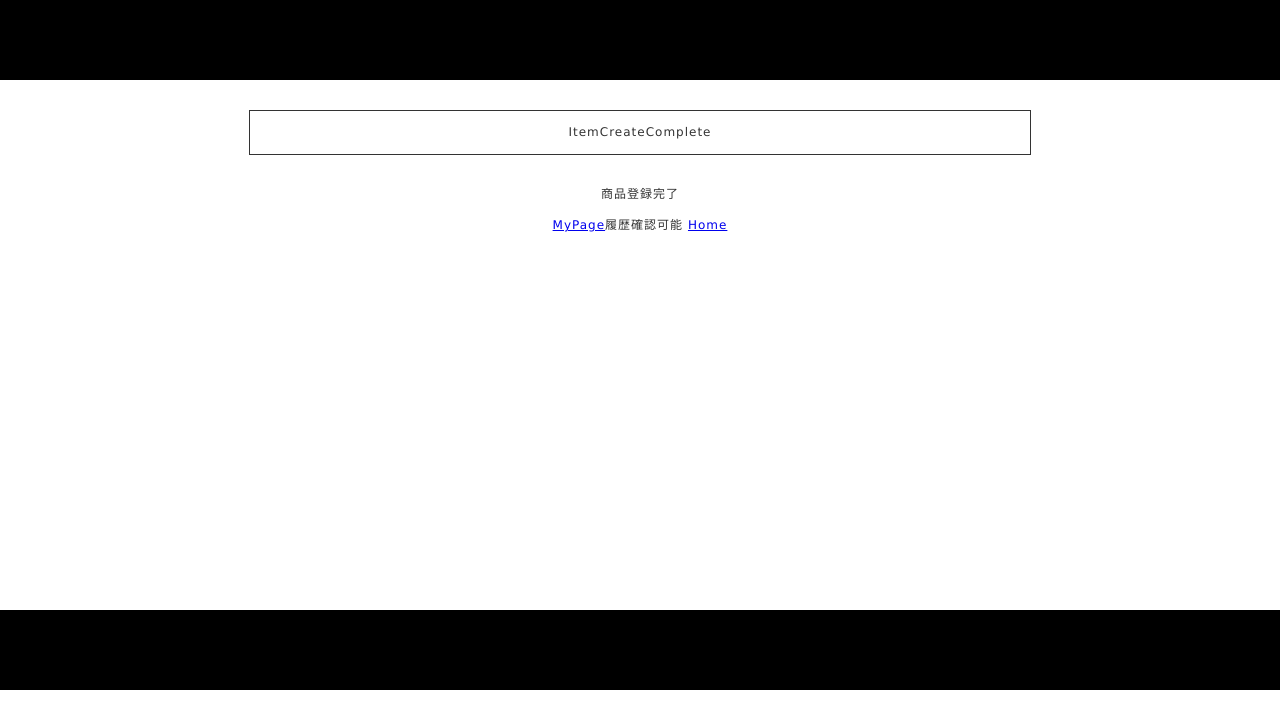
Repository: user-yo-yo/test
Page: http://localhost/ecsite2/itemCreateComplete.jsp
These files come from the project's save history. The page is drawn as it stood at one moment and after the next save; the edit follows.
The browser window is 1280 px wide. The pictures show the whole page.
The page is served by Tomcat 9.

Above is the page before, as saved 2019-03-25 06:42:29.

After the next save:
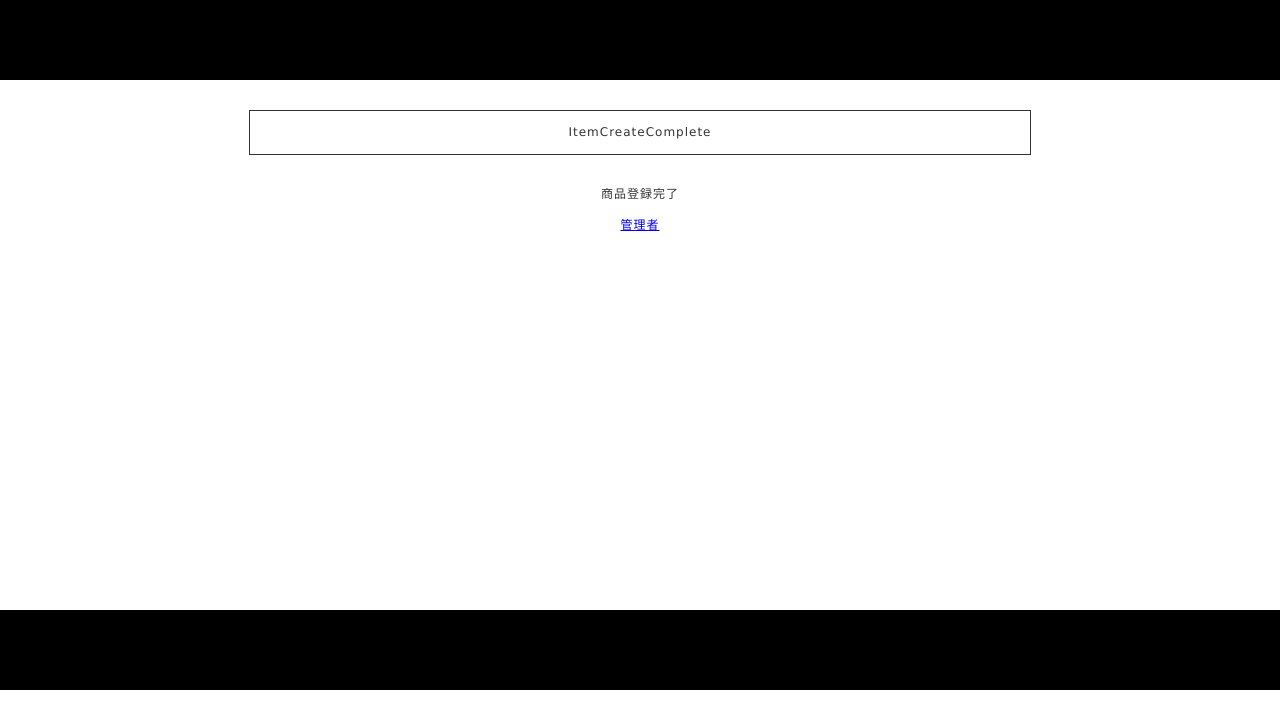
Saved 36 s later.
--- a/ecsite2/WebContent/itemCreateComplete.jsp
+++ b/ecsite2/WebContent/itemCreateComplete.jsp
@@ -75,8 +75,7 @@
 		<div>
 			<p>商品登録完了</p>
 			<div>
-				<a href='<s:url action="MyPageAction" />'>MyPage</a><span>履歴確認可能</span>
-				<a href='<s:url action="GoHomeAction" />'>Home</a>
+				<a href='<s:url action="AdminAction" />'>管理者</a>
 			</div>
 		</div>
 	</div>
